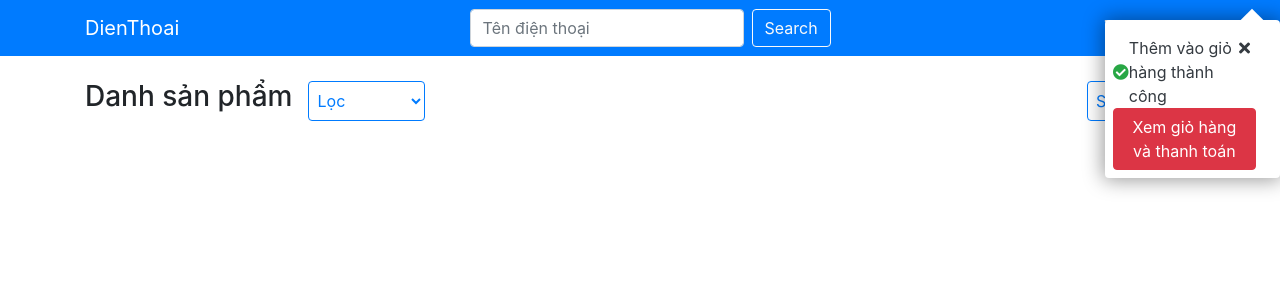
Repository: dovanthao2404/BC14_Bai_Tap_Ban_Dien_Thoai_dovanthao
Page: app/views/index.html
These files come from the project's save history. The page is drawn as it stood at one moment and after the next save; the edit follows.
The browser window is 1280 px wide. The pictures show the whole page.
Some web libraries are served in a nearby version. The style sheet was rebuilt from its Sass, Less or Tailwind sources for each picture, by a compiler version that may differ from the author's.

Above is the page before, as saved 2021-08-14 16:45:25.
Console error (its wording comes from the project's code and is left out).

### app/views/index.html
<!DOCTYPE html>
<html lang="en">

<head>
  <meta charset="UTF-8">
  <meta http-equiv="X-UA-Compatible" content="IE=edge">
  <meta name="viewport" content="width=device-width, initial-scale=1.0">
  <title>Dien Thoai Xin</title>




  <!-- FONT AWESOME -->
  <link rel="stylesheet" href="https://cdnjs.cloudflare.com/ajax/libs/font-awesome/5.15.4/css/all.min.css"
    integrity="sha512-1ycn6IcaQQ40/MKBW2W4Rhis/DbILU74C1vSrLJxCq57o941Ym01SwNsOMqvEBFlcgUa6xLiPY/NS5R+E6ztJQ=="
    crossorigin="anonymous" referrerpolicy="no-referrer" />

  <!-- GOOGLE FONTS -->

  <link rel="preconnect" href="https://fonts.googleapis.com">
  <link rel="preconnect" href="https://fonts.gstatic.com" crossorigin>
  <link
    href="https://fonts.googleapis.com/css2?family=Roboto:ital,wght@0,300;0,400;0,700;1,300;1,400;1,700&display=swap"
    rel="stylesheet">

  <!-- B4 -->
  <link rel="stylesheet" href="https://cdn.jsdelivr.net/npm/bootstrap@4.6.0/dist/css/bootstrap.min.css"
    integrity="sha384-B0vP5xmATw1+K9KRQjQERJvTumQW0nPEzvF6L/Z6nronJ3oUOFUFpCjEUQouq2+l" crossorigin="anonymous">

  <!-- MAIN CSS -->
  <link rel="stylesheet" href="../../assets/css/main.css">
</head>

<body>
  <header class="fixed-top">
    <nav class="navbar navbar-dark bg-primary">
      <div class="container">

        <a href="#" class="navbar-brand">
          DienThoai
        </a>
        <form class="form-inline my-2 my-lg-0">
          <input id="valueSearch" class="form-control mr-sm-2" type="search" placeholder="Tên điện thoại"
            aria-label="Search">
          <button id="btnSearch" class="btn btn-outline-light my-2 my-sm-0" type="button">Search</button>
        </form>
        <div class="phone-cart">
          <a href="cart.html" class="text-light position-relative">
            <i class="fa fa-cart-plus"></i> Giỏ hàng


            <div class="notifiSuccess pb-2 pt-3 pl-2 pr-4 bg-white rounded">
              <i class="fa fa-times icon-close text-dark"></i>
              <div class="d-flex align-items-center">
                <i class="fa fa-check-circle text-success"></i>
                <p class="text-dark m-0">Thêm vào giỏ hàng thành công</p>
              </div>
              <a href="cart.html" class="btn btn-danger w-100 d-block">Xem giỏ hàng và thanh toán</a>

            </div>
          </a>

        </div>
      </div>
    </nav>

  </header>

  <section class="phone-product">
    <div class="container">
      <div id="listAll-type">
        <div class="phone-title">
          <div class="d-flex justify-content-between align-items-center my-3">
            <div class="d-flex align-items-center">
              <h3 class="mr-3">
                Danh sản phẩm
              </h3>
              <div>
                <select class="phone-select" name="" id="phoneType">
                  <option value="">Lọc</option>
                  <option value="Samsung">Samsung</option>
                  <option value="Iphone">Iphone</option>
                </select>

              </div>
            </div>
            <div class="sort-name">
              <select class="phone-select" name="" id="sortPhone">
                <option value="">Sắp xếp</option>
                <option value="a">A - Z</option>
                <option value="z">Z - A</option>
              </select>
            </div>
          </div>
        </div>
        <div class="phone-list">
          <div class="row" id="listPhoneView">

          </div>
        </div>
      </div>
    </div>
    </div>
  </section>


  <!-- B4 -->
  <script src="https://code.jquery.com/jquery-3.5.1.slim.min.js"
    integrity="sha384-DfXdz2htPH0lsSSs5nCTpuj/zy4C+OGpamoFVy38MVBnE+IbbVYUew+OrCXaRkfj"
    crossorigin="anonymous"></script>
  <script src="https://cdn.jsdelivr.net/npm/bootstrap@4.6.0/dist/js/bootstrap.bundle.min.js"
    integrity="sha384-Piv4xVNRyMGpqkS2by6br4gNJ7DXjqk09RmUpJ8jgGtD7zP9yug3goQfGII0yAns"
    crossorigin="anonymous"></script>


  <!-- AXIOS -->
  <script src="https://cdnjs.cloudflare.com/ajax/libs/axios/0.21.1/axios.min.js"
    integrity="sha512-bZS47S7sPOxkjU/4Bt0zrhEtWx0y0CRkhEp8IckzK+ltifIIE9EMIMTuT/mEzoIMewUINruDBIR/jJnbguonqQ=="
    crossorigin="anonymous" referrerpolicy="no-referrer"></script>

  <script type="module" src="./../controllers/main.js"></script>
</body>

</html>

### app/controllers/main.js
import Phone from "./../models/Phone.js"
import ListPhone from "./../models/ListPhone.js"


var listProductInCart = JSON.parse(localStorage.getItem("listProductInCart")) || [];



let getEle = (id) => {
  return document.getElementById(id)
}

let listPhone = new ListPhone();


let renderView = (arr) => {
  let html = ""
  arr.forEach((phone) => {
    html += `
    <div class="col-3 mb-3">
    <div class="card overflow-hidden h-100">
      <img
        src="${phone.img}"
        alt="" class="card-img-top">
      <div class="card-body">
        <h4 class=card-title>
        ${phone.name}
        </h4>
        <p class="card-text">${phone.desc}</p>
        </div>
        <div class="card-footer">
        <a data-action="add"  data-phone=${phone.id} class="btn btn-primary w-100">Cart</a>
        </div>
    </div>
  </div>
    `
  })
  getEle("listPhoneView").innerHTML = html

}

let fetchData = () => {
  listPhone
    .getListPhoneApi()
    .then((resp) => {
      renderView(resp.data)
    })
    .catch((err) => {
      console.log(err)
    })
}

fetchData()

let filterType = (phoneType, type) => {
  return listPhone
    .getListPhoneApi()
    .then((resp) => {
      let data = resp.data;
      data.forEach((phone) => {
        if (phone.type === type) {
          phoneType.push(phone);
        }
      })
      renderView(phoneType)
      return phoneType;
    })
    .catch((err) => {
      console.log(err)
    })
}

let sortPhone = (arr, valueSort) => {
  for (let i = 0; i < arr.length; i++) {
    for (let j = i; j < arr.length; j++) {
      if (valueSort === 1) {
        if (arr[i].name < arr[j].name) {
          let temp = arr[i];
          arr[i] = arr[j]
          arr[j] = temp;
        }
      } else {
        if (arr[i].name > arr[j].name) {
          let temp = arr[i];
          arr[i] = arr[j]
          arr[j] = temp;
        }
      }
    }
  }
  renderView(arr)
}


let delegationSelect = () => {
  let phoneType = [];
  let type = getEle("phoneType").value;
  let dataSort = getEle("sortPhone").value;

  if (type && dataSort) {

    if (dataSort === "a") {
      filterType(phoneType, type)
        .then((phoneType) => {
          sortPhone(phoneType, 1);
        })
    } else {
      filterType(phoneType, type)
        .then((phoneType) => {
          sortPhone(phoneType, 0);
        })
    }

  } else if (type && !dataSort) {

    filterType(phoneType, type);

  } else if (!type && dataSort) {

    if (dataSort === "a") {
      listPhone.getListPhoneApi()
        .then((resp) => {
          sortPhone(resp.data, 1);
        })
        .catch((err) => {
          console.log(err);
        })
    } else {
      listPhone.getListPhoneApi()
        .then((resp) => {
          sortPhone(resp.data, 0);
        })
        .catch((err) => {
          console.log(err);
        })
    }

  } else {
    fetchData()
  }
}

getEle("phoneType").addEventListener("change", delegationSelect)
getEle("sortPhone").addEventListener("change", delegationSelect)

const handleSearch = () => {
  let nameSort = getEle("valueSearch").value;
  nameSort = nameSort.toLowerCase().trim();
  listPhone.getListPhoneApi()
    .then((resp) => {
      let listPhone = resp.data;
      let listPhoneSearch = listPhone.filter((phone) => {
        return phone.name.toLowerCase().includes(nameSort);
      })
      renderView(listPhoneSearch);
    })
    .catch((err) => {
      console.log(err)
    })

}

getEle("btnSearch").addEventListener("click", handleSearch);




const delegationListPhoneView = (e) => {
  if (e.target.getAttribute("data-action") === "add") {
    let id = e.target.getAttribute("data-phone");

    listPhone.getPhoneById(id)
      .then((resp) => {
        let count = 0;
        for (let i = 0; i < listProductInCart.length; i++) {

          if (listProductInCart[i].id === id) {
            listProductInCart[i].quantity += 1;
            localStorage.setItem("listProductInCart", JSON.stringify(listProductInCart));
            count++;
          }

        }

        if (count === 0) {
          let phone = { ...resp.data }
          phone.quantity = 1;
          listProductInCart.push(phone);
          localStorage.setItem("listProductInCart", JSON.stringify(listProductInCart));

        }
      })
      .catch((err) => {
        console.log(err)
      })


  }
}


getEle("listPhoneView").addEventListener("click", delegationListPhoneView)

### app/models/Phone.js
class Phone {
  constructor({
    name,
    price,
    screen,
    backCamera,
    frontCamera,
    img,
    desc,
    type
  },) {
    this.name = name;
    this.price = price;
    this.screen = screen;
    this.backCamera = backCamera;
    this.frontCamera = frontCamera;
    this.img = img;
    this.desc = desc;
    this.type = type;
  }

}

### app/models/ListPhone.js
export default class ListPhone {
  getListPhoneApi() {
    return axios({
      url: "https://6113ecdacba40600170c1d10.mockapi.io/api/phone",
      method: "GET",
    });
  }

  getPhoneById(id) {
    return axios({
      url: `https://6113ecdacba40600170c1d10.mockapi.io/api/phone/${id}`,
      method: "GET",
    });
  }

}

//  MỚi ăn xong

### assets/scss/main.scss
.phone-product {
  margin-top: 80px;
}
.phone-select {
  padding: 8px 20px 8px 4px;
  border-color: #007bff;
  color: #007bff;
  border-radius: 4px;
  background: transparent;
  outline: none;
  cursor: pointer;
  transition: all 0.5s;
  &:hover {
    background-color: #007bff;
    color: white;
  }
  option {
    display: block;
    background-color: white;
    color: #000;
  }
}
.notifiSuccess {
  position: absolute;
  top: 20px;
  box-shadow: 0 0 20px 2px rgba(0, 0, 0, 0.4);
  &:before {
    content: "";
    position: absolute;
    display: block;
    width: 16px;
    height: 16px;
    background-color: #fff;
    transform: rotate(45deg);
    top: -8px;
    right: 20px;
  }

  .icon-close {
    position: absolute;
    right: 6px;
    top: 4px;
    cursor: pointer;
  }
}

After the next save:
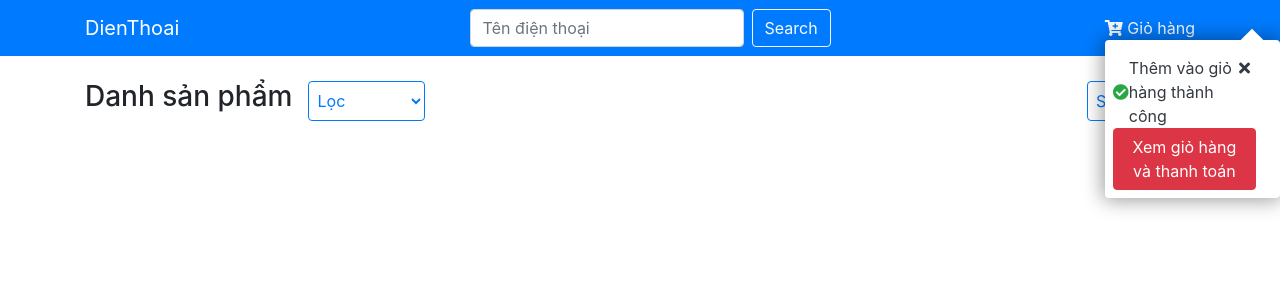
Saved 5 s later.
--- a/assets/scss/main.scss
+++ b/assets/scss/main.scss
@@ -22,7 +22,7 @@
 }
 .notifiSuccess {
   position: absolute;
-  top: 20px;
+  top: 40px;
   box-shadow: 0 0 20px 2px rgba(0, 0, 0, 0.4);
   &:before {
     content: "";
